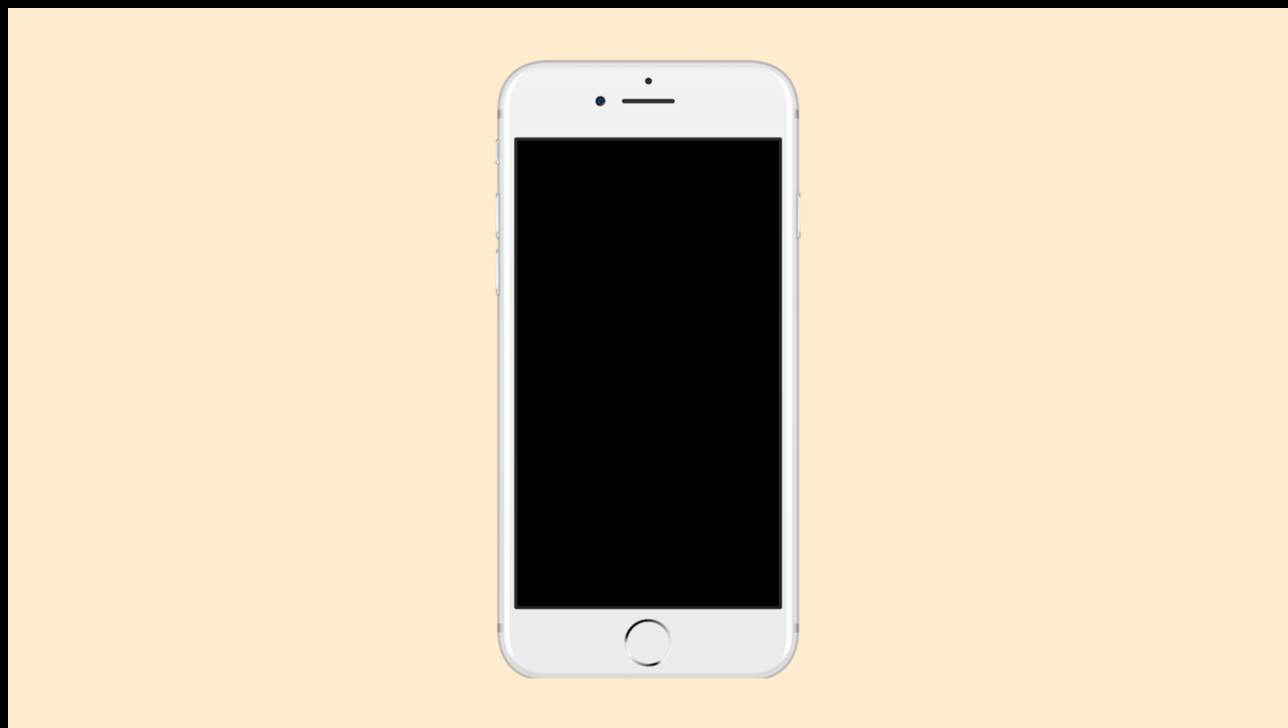
Repository: DorivalJunior14/Projeto-social
Page: index.html
An editor plug-in stored every save of this project. The page is shown before and after the next save, followed by the edit.
The browser window is 1280 px wide. The page is 1288 px wide, then 1280 px, so the pictures cover 1288 px, including what lies to the right of the window. The pictures show the whole page.

Above is the page before, as saved 2022-06-24 14:22:28.

After the next save:
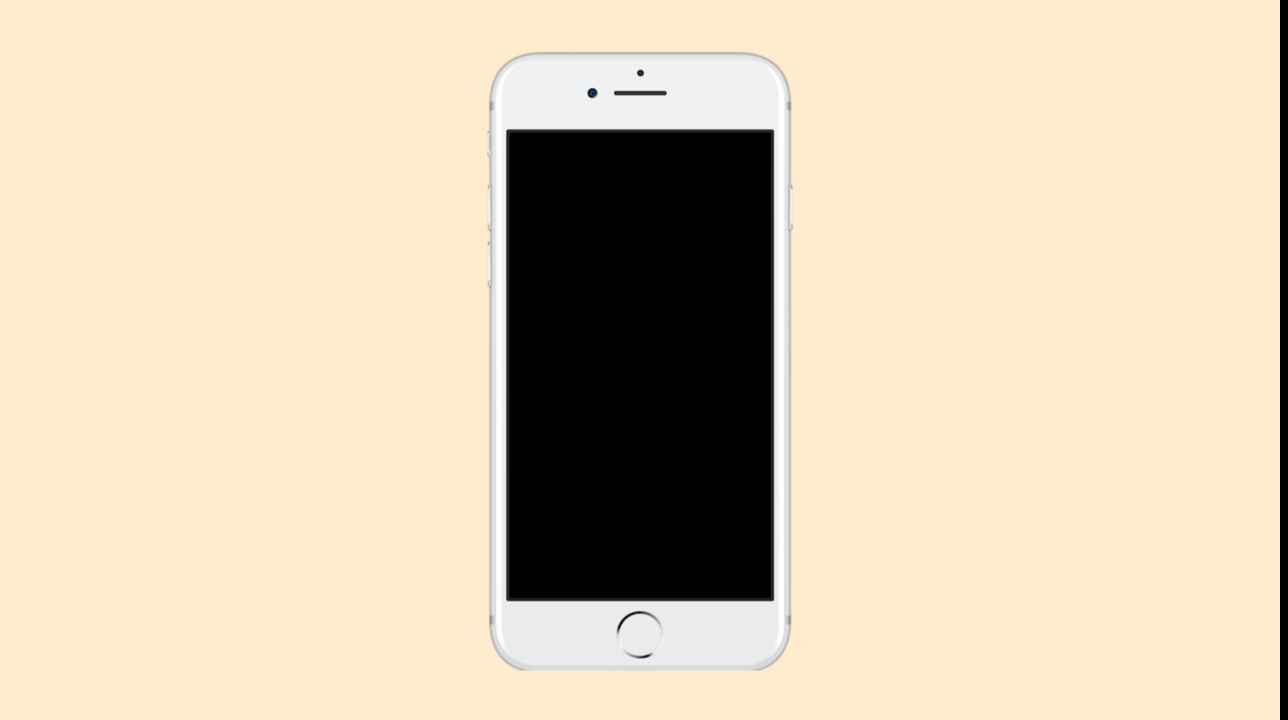
Saved 43 s later.
--- a/estilos/style.css
+++ b/estilos/style.css
@@ -1,4 +1,4 @@
-@charset "UTF-8"
+@charset "UTF-8";
 
 *{
     margin: 0px;
